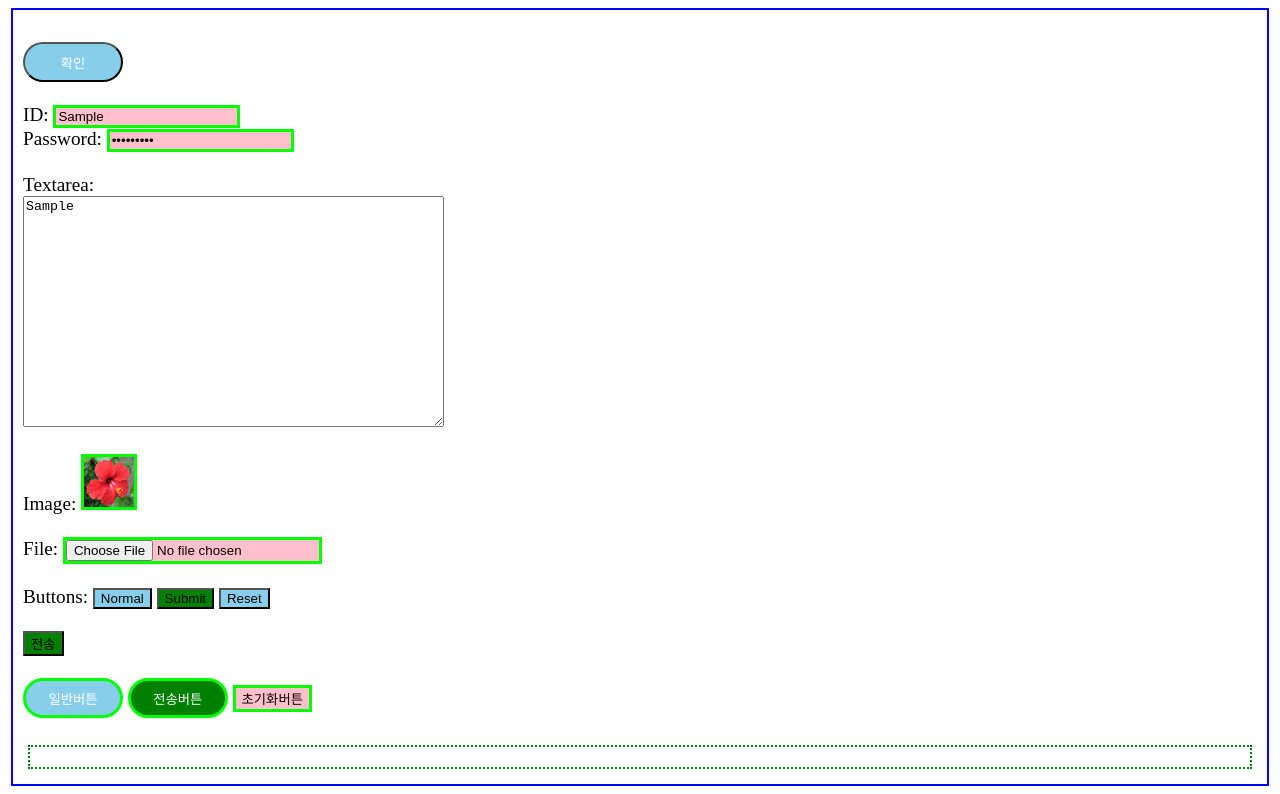
Repository: patternlobe-stack/MY_repository
Page: webpro/src/main/webapp/0915/폼양식.html
These files come from the project's save history. The page is drawn as it stood at one moment and after the next save; the edit follows.
The browser window is 1280 px wide. The pictures show the whole page.
Empty fields were first filled with sample values (such as "Sample", 5 or name@example.com).
After loading, the first visible `input` was clicked once.

Above is the page before, as saved 2025-09-15 06:37:33.

### webpro/src/main/webapp/0915/폼양식.html
<!DOCTYPE html>
<html>
<head>
<meta charset="UTF-8">
<title>Insert title here</title>
<link rel="stylesheet"  href="../css/public.css">
<script src="../js/jquery-3.7.1.js"></script>


<script>
$(()=>{
	  $('input[value=확인]').on('click',()=>{


		//input  요소 테두리 lime , 배경색  핑크
		$('#ff input').css({'border' : 'solid lime' , background :'pink' })

		//input   type이 button 인 요소 배경색 노란
		$('#ff input[type=button]').css('background','yellow');
		$('#ff input:button').css('background','yellow');
	//	Button  요소와 input   type이 button 인 요소 배경색 하늘색
		$('button, input:button').css('background','skyblue');
		$(':button').css('background', 'skyblue');

	//	Type이 submit 요소의 배경색 녹색
	////	$('input[type=submit], button[type=submit]')
//	$('input:submit, button:submit')
		$(':submit').css('background', 'green');


		//Type이 reset인 요소의 배경색 노랑
		$(':reset')

		//Type이 text, password 인 요소의 테두리 파랑
		$(":text, :password")


	//	Type이 file, image인요소의 테두리 빨강
	  	$(":file, :image")
	  })

})

</script>

</head>
<body>


<div class="box">
    <h3></h3>

    <!-- 확인 버튼 -->
    <input type="button" value="확인" />
    <br /><br />

    <form id="ff" action="양식선택.jsp" method="post">
        ID: <input type="text"/><br>
        Password: <input type="password" /><br><br>

        Textarea:<br>
        <textarea rows="15" cols="50" id="myTextarea"></textarea><br><br>

        Image: <input type="image" src="../images/image.1.jpg"><br><br>
        File: <input type="file"><br><br>

        Buttons:
        <button type="button" id="normalButton">Normal</button>
        <button type="submit" id="submitButton">Submit</button>
        <button type="reset" id="resetButton">Reset</button> <br><br>

        <button>전송</button><br><br>

        <input type="button" value="일반버튼">
        <input type="submit" value="전송버튼">
        <input type="reset" value="초기화버튼"> <br><br>
    </form>

    <div id="result1"></div>
</div>

</body>
</html>

### webpro/src/main/webapp/css/public.css
@charset "UTF-8";

pre {
  border: 5px inset red;
  margin: 20px;
  padding: 10px;
  font-size: 1.3rem;
}
div {
  border: 2px dotted green;
  padding: 10px;
  margin: 5px;
  font-size: 1.2rem;
}

.box {
  border: 2px solid blue;
  margin: 3px;
  padding: 10px;
}
.box input[type="button"],
.box input[type="submit"] {
  background: blue;
  color: white;
  width: 100px;
  height: 40px;
  border-radius: 50px;
}

Loaded but not shown: webpro/src/main/webapp/js/jquery-3.7.1.js (library)

After the next save:
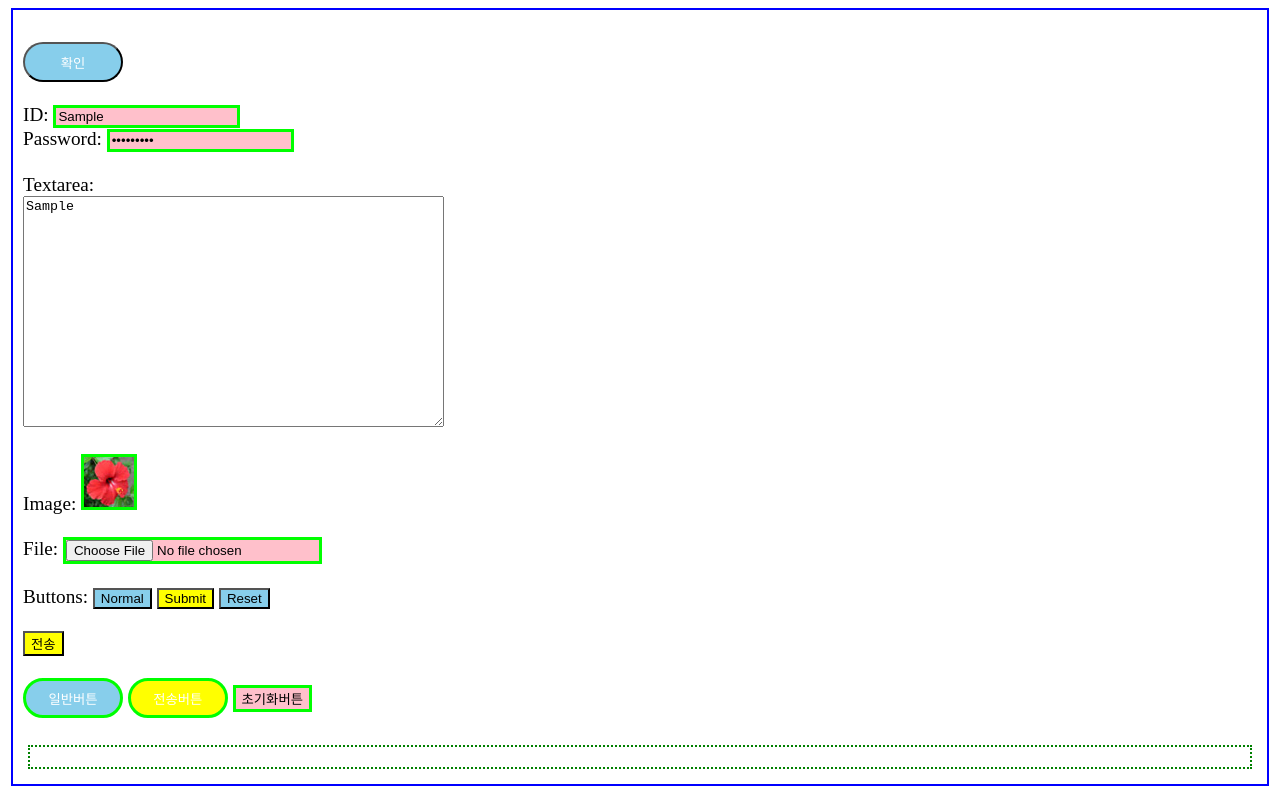
Saved 8 s later.
--- a/webpro/src/main/webapp/0915/폼양식.html
+++ b/webpro/src/main/webapp/0915/폼양식.html
@@ -25,7 +25,7 @@ $(()=>{
 	//	Type이 submit 요소의 배경색 녹색
 	////	$('input[type=submit], button[type=submit]')
 //	$('input:submit, button:submit')
-		$(':submit').css('background', 'green');
+		$(':submit').css('background', 'yellow');
 
 
 		//Type이 reset인 요소의 배경색 노랑
